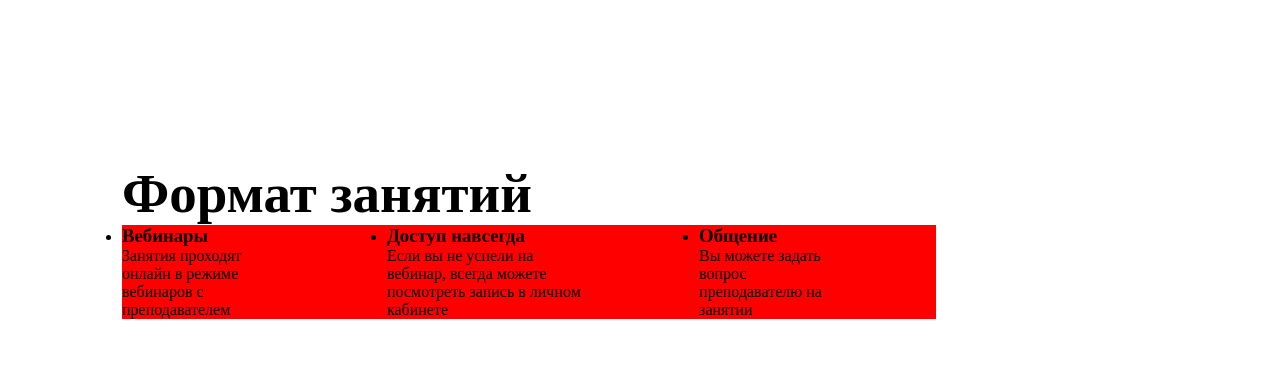
Repository: mirali879/previous-proj
Page: index.html
The author's editor kept a copy of each file at every save. The page is drawn from the files as they stood at one save, then again after a run of saves.
The browser window is 1280 px wide. The pictures show the whole page.

Above is the page before, as saved 2023-05-06 19:12:25.

After the next 3 saves:
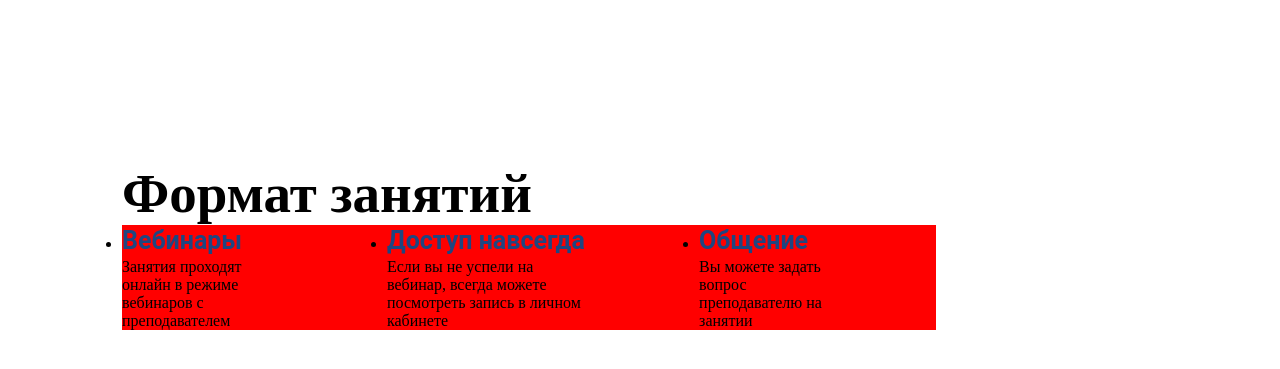
The 3 saves are shown as one change because they came seconds apart.
The last was saved 18 s later.
--- a/style.css
+++ b/style.css
@@ -85,7 +85,12 @@ ul .col h3 {
   background-color: red;
 }
 .page-1 ul li h3{
-
+  font-family: 'Roboto';
+  font-style: normal;
+  font-weight: 700;
+  font-size: 25px;
+  line-height: 130%;
+  color: #1E4681;
 }
 .page-1 ul li span{
 
